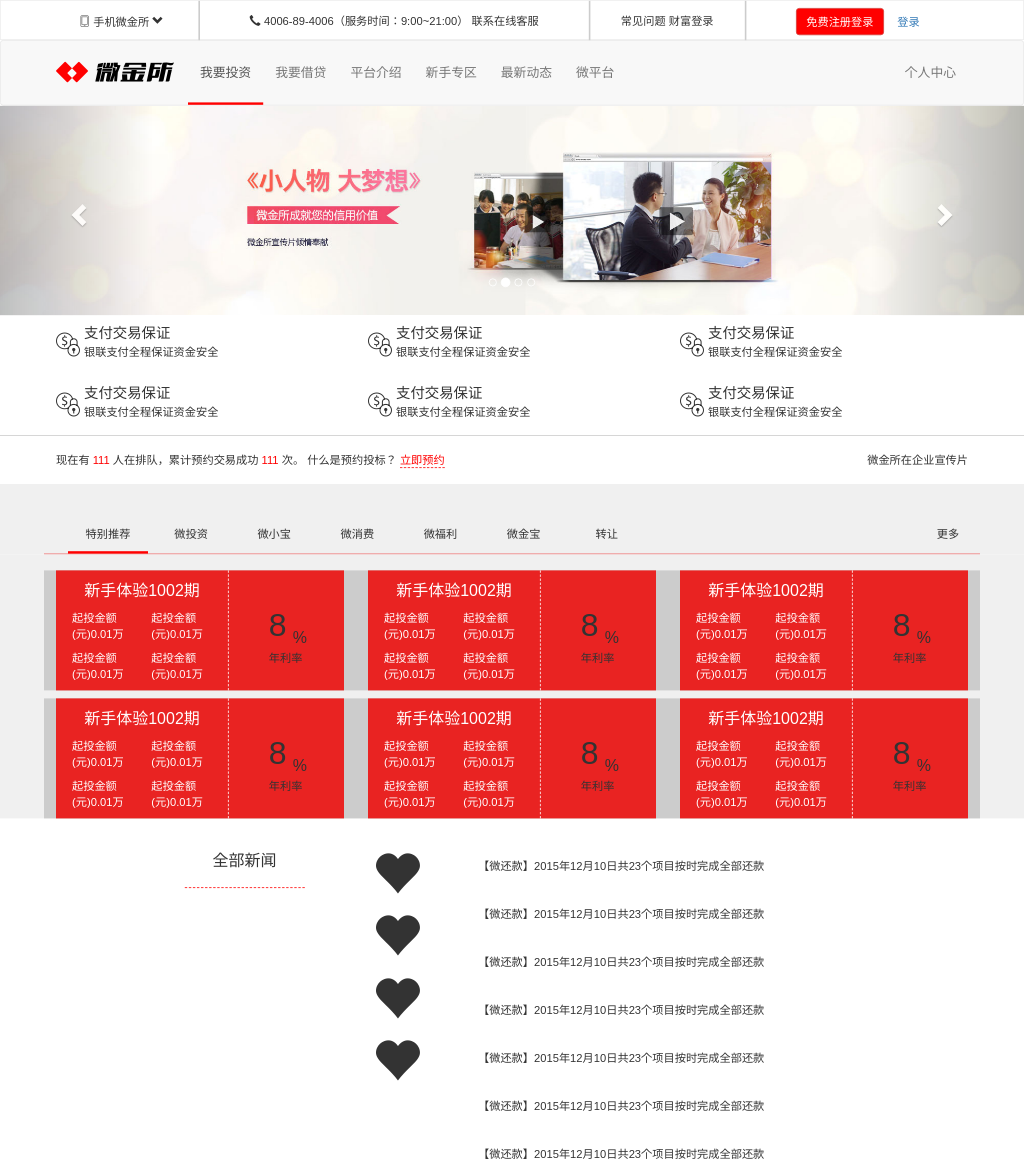
Repository: pwy114pwy/project_02
Page: 菜单.html
The author's editor kept a copy of each file at every save. The page is drawn from the files as they stood at one save, then again after a run of saves.
The browser window is 1280 px wide. The pictures show the whole page, at 80% of full size.
The style sheet was rebuilt from its Sass, Less or Tailwind sources for each picture, by a compiler version that may differ from the author's.

Above is the page before, as saved 2022-11-23 18:09:43.

### 菜单.html
<!DOCTYPE html>
<html lang="en">

<head>
    <!-- 页面的编码格式 -->
    <meta charset="UTF-8">
    <!-- 为了使IE浏览器以最新浏览器edge来渲染页面 -->
    <meta http-equiv="X-UA-Compatible" content="IE=edge">
    <!-- 视口vp，针对于移动端 -->
    <meta name="viewport" content="width=device-width, initial-scale=1.0">
    <!-- 引入Bootstrap框架的CSS样式 -->
    <link rel="stylesheet" href="./lib/bootstrap/css/bootstrap.css">
    <link rel="stylesheet" href="./css/base.css">
    <link rel="stylesheet" href="./css/01.css">
    <title>Document</title>
</head>

<body>
    <header class="wjs-top hidden-xs hidden-sm">
        <div class="container">
            <div class="row">
                <div class="col-md-2">
                    <a href="">
                        <span class="wjs_icon wjs_icon_phone"></span>
                        <span>手机微金所</span>
                        <span class="glyphicon glyphicon-chevron-down"></span>
                        <img src="./images/code.jpg" alt="">
                    </a>
                </div>
                <div class="col-md-5">
                    <span class="glyphicon glyphicon-earphone"></span>
                    <span>4006-89-4006（服务时间：9:00~21:00） 联系在线客服</span>
                </div>
                <div class="col-md-2">
                    <a href="">常见问题</a>
                    <a href="">财富登录</a>
                </div>
                <div class="col-md-3">
                    <button type="button" class="btn btn-danger">免费注册登录</button>


                    <button type="button" class="btn btn-link">登录</button>
                </div>
            </div>
        </div>
    </header>


    <nav class="navbar navbar-default wjs-navbar">
        <div class="container">
            <!-- Brand and toggle get grouped for better mobile display -->
            <div class="navbar-header">
                <button type="button" class="navbar-toggle collapsed" data-toggle="collapse"
                    data-target="#bs-example-navbar-collapse-1" aria-expanded="false">
                    <span class="sr-only">Toggle navigation</span>
                    <span class="icon-bar"></span>
                    <span class="icon-bar"></span>
                    <span class="icon-bar"></span>
                </button>
                <a class="navbar-brand" href="#">
                    <span class="wjs_icon wjs_icon_logo"></span>
                    <span class="wjs_icon wjs_icon_text"></span>
                </a>
            </div>

            <!-- Collect the nav links, forms, and other content for toggling -->
            <div class="collapse navbar-collapse" id="bs-example-navbar-collapse-1">
                <ul class="nav navbar-nav wjs-navbar-nav">
                    <li class="active"><a href="#">我要投资 <span class="sr-only">(current)</span></a></li>
                    <li><a href="#">我要借贷</a></li>
                    <li><a href="#">平台介绍</a></li>
                    <li><a href="#">新手专区</a></li>
                    <li><a href="#">最新动态</a></li>
                    <li><a href="#">微平台</a></li>

                </ul>

                <ul class="nav navbar-nav navbar-right">
                    <li><a href="#">个人中心</a></li>

                </ul>
            </div><!-- /.navbar-collapse -->
        </div><!-- /.container-fluid -->
    </nav>

    <div class="lunbo visible-md visible-lg">
        <div id="carousel-example-generic" class="carousel slide" data-ride="carousel">
            <!-- Indicators -->
            <ol class="carousel-indicators">
              <li data-target="#carousel-example-generic" data-slide-to="0" class="active"></li>
              <li data-target="#carousel-example-generic" data-slide-to="1"></li>
              <li data-target="#carousel-example-generic" data-slide-to="2"></li>
              <li data-target="#carousel-example-generic" data-slide-to="3"></li>
            </ol>

            <!-- Wrapper for slides -->
            <div class="carousel-inner" role="listbox">
              <div class="item active">
                <img src="./images/slide_01_2000x410.jpg" alt="...">
                <div class="carousel-caption">

                </div>
              </div>
              <div class="item">
                <img src="./images/slide_02_2000x410.jpg" alt="...">
                <div class="carousel-caption">

                </div>
              </div>
              <div class="item">
                <img src="./images/slide_03_2000x410.jpg" alt="...">
                <div class="carousel-caption">

                </div>
              </div>
              <div class="item">
                <img src="./images/slide_04_2000x410.jpg" alt="...">
                <div class="carousel-caption">

                </div>
              </div>

            </div>

            <!-- Controls -->
            <a class="left carousel-control" href="#carousel-example-generic" role="button" data-slide="prev">
              <span class="glyphicon glyphicon-chevron-left" aria-hidden="true"></span>
              <span class="sr-only">Previous</span>
            </a>
            <a class="right carousel-control" href="#carousel-example-generic" role="button" data-slide="next">
              <span class="glyphicon glyphicon-chevron-right" aria-hidden="true"></span>
              <span class="sr-only">Next</span>
            </a>
          </div>
    </div>

    <div class="baozhang">
        <div class="container">
            <div class="row">
                <div class="col-sm-6 col-md-4">
                    <span class="wjs_icon wjs_icon_E900"></span>
                    <div class="right">
                        <a href="">支付交易保证</a>
                        <a href="">银联支付全程保证资金安全</a>
                    </div>
                </div>
                <div class="col-sm-6 col-md-4">
                    <span class="wjs_icon wjs_icon_E900"></span>
                    <div class="right">
                        <a href="">支付交易保证</a>
                        <a href="">银联支付全程保证资金安全</a>
                    </div>
                </div>
                <div class="col-sm-6 col-md-4">
                    <span class="wjs_icon wjs_icon_E900"></span>
                    <div class="right">
                        <a href="">支付交易保证</a>
                        <a href="">银联支付全程保证资金安全</a>
                    </div>
                </div>
                <div class="col-sm-6 col-md-4">
                    <span class="wjs_icon wjs_icon_E900"></span>
                    <div class="right">
                        <a href="">支付交易保证</a>
                        <a href="">银联支付全程保证资金安全</a>
                    </div>
                </div>
                <div class="col-sm-6 col-md-4">
                    <span class="wjs_icon wjs_icon_E900"></span>
                    <div class="right">
                        <a href="">支付交易保证</a>
                        <a href="">银联支付全程保证资金安全</a>
                    </div>
                </div>
                <div class="col-sm-6 col-md-4">
                    <span class="wjs_icon wjs_icon_E900"></span>
                    <div class="right">
                        <a href="">支付交易保证</a>
                        <a href="">银联支付全程保证资金安全</a>
                    </div>
                </div>


            </div>

        </div>
    </div>

    <div class="paidui">
        <div class="container">
            <a href="">现在有</a>
            <p>111</p>
            <a href="">人在排队，累计预约交易成功</a>
            <p>111</p>
            <a href="">次。 什么是预约投标？ </a>
            <p class="yuyue">立即预约</p>
            <a href="" class="visible-lg">微金所在企业宣传片</a>
        </div>

    </div>


    <div class="xialiebiao">

        <div class="container">
            <div class="row">
                <div><a href="#">特别推荐 <span class="sr-only">(current)</span></a></div>
                <div><a href="#">微投资</a></div>
                <div><a href="#">微小宝</a></div>
                <div><a href="#">微消费</a></div>
                <div><a href="#">微福利</a></div>
                <div><a href="#">微金宝</a></div>
                <div><a href="#">转让</a></div>
                <div class="hidden-sm hidden-xs hidden-md"><a href="#">更多</a></div>
            </div>

        </div>




    </div>

    <div class="touzi">
        <div class="container">
            <div class="row">
                <div class="col-xs-12 col-sm-6  col-md-4">
                    <div>
                        <div class="left">
                            <div class="top">
                                <a href="">新手体验1002期</a>
                            </div>
                            <div class="bottom">
                                <p>起投金额(元)0.01万</p>
                                <p>起投金额(元)0.01万</p>
                                <p>起投金额(元)0.01万</p>
                                <p>起投金额(元)0.01万</p>
                            </div>
                        </div>
                        <div class="right">

                                <a href="">8</a>
                                <a href="">%</a>
                                <a href="">年利率</a>
                        </div>
                    </div>
                </div>

                <div class="col-xs-12 col-sm-6  col-md-4">
                    <div>
                        <div class="left">
                            <div class="top">
                                <a href="">新手体验1002期</a>
                            </div>
                            <div class="bottom">
                                <p>起投金额(元)0.01万</p>
                                <p>起投金额(元)0.01万</p>
                                <p>起投金额(元)0.01万</p>
                                <p>起投金额(元)0.01万</p>
                            </div>
                        </div>
                        <div class="right">

                                <a href="">8</a>
                                <a href="">%</a>
                                <a href="">年利率</a>
                        </div>
                    </div>
                </div>

                <div class="col-xs-12 col-sm-6  col-md-4">
                    <div>
                        <div class="left">
                            <div class="top">
                                <a href="">新手体验1002期</a>
                            </div>
                            <div class="bottom">
                                <p>起投金额(元)0.01万</p>
                                <p>起投金额(元)0.01万</p>
                                <p>起投金额(元)0.01万</p>
                                <p>起投金额(元)0.01万</p>
                            </div>
                        </div>
                        <div class="right">

                                <a href="">8</a>
                                <a href="">%</a>
                                <a href="">年利率</a>
                        </div>
                    </div>
                </div>

                <div class="col-xs-12 col-sm-6  col-md-4">
                    <div>
                        <div class="left">
                            <div class="top">
                                <a href="">新手体验1002期</a>
                            </div>
                            <div class="bottom">
                                <p>起投金额(元)0.01万</p>
                                <p>起投金额(元)0.01万</p>
                                <p>起投金额(元)0.01万</p>
                                <p>起投金额(元)0.01万</p>
                            </div>
                        </div>
                        <div class="right">

                                <a href="">8</a>
                                <a href="">%</a>
                                <a href="">年利率</a>
                        </div>
                    </div>
                </div>

                <div class="col-xs-12 col-sm-6  col-md-4">
                    <div>
                        <div class="left">
                            <div class="top">
                                <a href="">新手体验1002期</a>
                            </div>
                            <div class="bottom">
                                <p>起投金额(元)0.01万</p>
                                <p>起投金额(元)0.01万</p>
                                <p>起投金额(元)0.01万</p>
                                <p>起投金额(元)0.01万</p>
                            </div>
                        </div>
                        <div class="right">

                                <a href="">8</a>
                                <a href="">%</a>
                                <a href="">年利率</a>
                        </div>
                    </div>
                </div>

                <div class="col-xs-12 col-sm-6  col-md-4">
                    <div>
                        <div class="left">
                            <div class="top">
                                <a href="">新手体验1002期</a>
                            </div>
                            <div class="bottom">
                                <p>起投金额(元)0.01万</p>
                                <p>起投金额(元)0.01万</p>
                                <p>起投金额(元)0.01万</p>
                                <p>起投金额(元)0.01万</p>
                            </div>
                        </div>
                        <div class="right">

                                <a href="">8</a>
                                <a href="">%</a>
                                <a href="">年利率</a>
                        </div>
                    </div>
                </div>

            </div>
        </div>
    </div>

    <div class="news">
        <div class="container">
            <div class="row">
                <div class="col-lg-4 col-push-3">
                    <a href="">全部新闻</a>
                </div>

                <div class="col-lg-1">
                    <ul>
                        <li class="glyphicon glyphicon-heart"></li>
                        <li class="glyphicon glyphicon-heart"></li>
                        <li class="glyphicon glyphicon-heart"></li>
                        <li class="glyphicon glyphicon-heart"></li>

                    </ul>
                </div>
                <div class="col-lg-7">
                    <div>
                        <ul>
                            <li><a href="">【微还款】2015年12月10日共23个项目按时完成全部还款</a></li>
                            <li><a href="">【微还款】2015年12月10日共23个项目按时完成全部还款</a></li>
                            <li><a href="">【微还款】2015年12月10日共23个项目按时完成全部还款</a></li>
                            <li><a href="">【微还款】2015年12月10日共23个项目按时完成全部还款</a></li>
                            <li><a href="">【微还款】2015年12月10日共23个项目按时完成全部还款</a></li>
                            <li><a href="">【微还款】2015年12月10日共23个项目按时完成全部还款</a></li>
                            <li><a href="">【微还款】2015年12月10日共23个项目按时完成全部还款</a></li>

                        </ul>
                    </div>
                </div>
            </div>
        </div>
    </div>


    <script src="./lib/jquery/jquery.js"></script>
    <script src="./lib/bootstrap/js/bootstrap.js"></script>
</body>

</html>

### css/01.less
.wjs-top {
    line-height: 50px;
    height: 50px;
    border: 1px solid #eee;

    .row {
        >div {
            text-align: center;
            height: 50px;

            &:nth-child(-n+3) {
                border-right: 2px solid #ccc;
            }

            a {
                position: relative;
                display: block;

                &:hover {
                    img {
                        z-index: 999;
                        display: block;
                    }
                }

                img {
                    display: none;
                    position: absolute;
                    top: 50px;
                    left: 26px;
                    border: 1px solid #ccc;
                    border-top: 0;
                }

            }

            &:nth-child(3) {
                a {
                    display: inline;
                }
            }

            &:nth-child(4) {
                button {
                    &:nth-child(1) {
                        background-color: red;
                    }
                }
            }

        }

    }
}

.wjs-navbar {
    margin-bottom: 0;
    .wjs-navbar-nav {
        a {
            height: 80px;
            line-height: 50px;
            font-size: 16px;

            &:hover {
                border-bottom: 3px solid red;
            }
        }

        .active {
            a {
                border-bottom: 3px solid red;
                background-color: transparent;

                &:hover {
                    background-color: transparent;

                }
            }
        }
    }

    .navbar-header {
        button {
            margin-top: 24px;
        }
    }

    .navbar-right {
        li {
            a {
                height: 80px;
                line-height: 50px;
                font-size: 16px;

                &:hover {
                    border-bottom: 3px solid red;
                }
            }
        }
    }

    .navbar-brand {
        span {
            height: 80px;
            line-height: 50px;
            font-size: 40px;

            &:nth-child(1) {
                color: red;
            }

            &:nth-child(2) {
                color: black;
            }
        }
    }
}


.baozhang {
    border-bottom: 1px solid #ccc;
    // position: relative;
    // height: 150px;
    // background-color: aqua;
    .row {
        div {
            // width: 390px;
            height: 75px;

            // background-color: rgb(180, 73, 73);

            span {
                line-height: 75px;
                display: inline-block;
                font-size: 30px;
            }

            .right {
                // width: 300px;
                position: absolute;
                top: 10px;
                left: 50px;
                height: 50px;

                // background-color: antiquewhite;
                a:nth-child(1) {
                    font-size: 18px;
                    display: block;
                    // background-color: aqua;
                }
            }
        }
    }
}

.paidui {
    position: relative;
    // display: flex;
    // top: 20px;

    // height: 60px;
    // background-color: blueviolet;
    a{
        height: 60px;
        line-height: 60px;
    }
    a:last-child {

        float: right;
    }

    p {
        height: 20px;
        line-height: 35 px;
        display: inline-block;
        color: red;
    }
    .yuyue{
        border-bottom: 1px dashed red;
    }
}

.xialiebiao {
    .container{
        border-bottom: 1px solid rgb(237, 73, 73);
    }
    background-color: #f0f0f0;
    // height: 90px;
    padding-top: 40px;
    .row{
        position: relative;
        left: 30px;
        div{
            text-align: center;
            display: inline-block;
            width: 100px;
            height: 47px;
            line-height: 47px;
            // background-color: antiquewhite;
            &:first-child{
                border-bottom: 3px solid red;
            }
            &:last-child{
                position: absolute;
                left: 1050px;
            }
            &:hover{
                border-bottom: 3px solid red;

            }
        }
    }
}
.touzi{

    background-color: #f0f0f0;

    .row{
        padding-top: 10px;
        >div{
            margin-top: 10px;
            position: relative;
            display: inline-block;
            // width: 390px;
            height: 150px;
            // border: 1px solid red;
            background-color: #ccc;
            >div{
                // width: 360px;
                height: 150px;
                display: flex;
                background-color: #e92322;
                .left{

                    width: 60%;
                    height: 150px;
                    border-right: 1px dashed white;

                    .top{
                        text-align: center;
                        height: 50px;
                        line-height: 50px;
                        a{
                            color: white;
                            font-size: 20px;
                        }
                        // background-color: azure;
                    }
                    .bottom{
                        // display: flex;
                        p{

                            margin-left: 20px;
                            // float: left;
                            // flex-wrap: wrap;
                            width: 35%;
                            height: 40px;
                            // background-color: #ccc;
                            display: inline-block;
                            // display: flex;
                            color: white;

                        }
                    }
                }
                .right{
                    position: relative;
                    width: 40%;
                    height: 150px;

                    a{
                        position: absolute;
                        display: inline-block;
                        &:first-child{
                            top: 40px;
                            left: 50px;
                            font-size: 40px;
                            // background-color: #e92322;
                        }
                        &:nth-child(2){
                            font-size: 20px;
                            top: 70px;
                            left: 80px;
                            // background-color: azure;
                        }
                        &:last-child{
                            top: 100px;
                            left:50px;
                        }
                    }

                }
            }
        }
    }
}
.news{
    margin-top: 20px;
    height: 320px;
    .row{
        div:nth-child(1){

            height: 66.7px;
            // background-color: #e92322;
           > a{  text-align: center;
                width: 150px;
                font-size: 20px;
                position: absolute;
                left: 45%;
                line-height: 66px;
                border-bottom: 1px dashed red;
            }
        }
        div:nth-child(2){

            // background-color: #22e961;
            ul{
                margin-left: -55px;
                display: flex;
                flex-wrap: wrap;
            }
            li{
                // float: left;
                // border-radius: 50%;
                margin-left: 20px;
                margin-top: 18px;
                list-style: none;
                width: 60px;
                height: 60px;
                // background-color: #e92322;
                font-size: 60px;
                &:hover{
                    background-color: #eee;
                }
            }
        }
        div:nth-child(3){
            height: 320px;
            // background-color: #2233e9;
            div{
                li{
                    margin-top: 20px;
                    list-style: none;
                    height: 40px;
                    // background-color: #e92322;
                    a{
                        line-height: 40px;
                        // display: inline-block;
                    }
                }
            }
        }
    }
}

Loaded but not shown: lib/bootstrap/css/bootstrap.css (library); lib/jquery/jquery.js (library); lib/bootstrap/js/bootstrap.js (library); css/base.css (120 lines, source omitted)

After the next 5 saves:
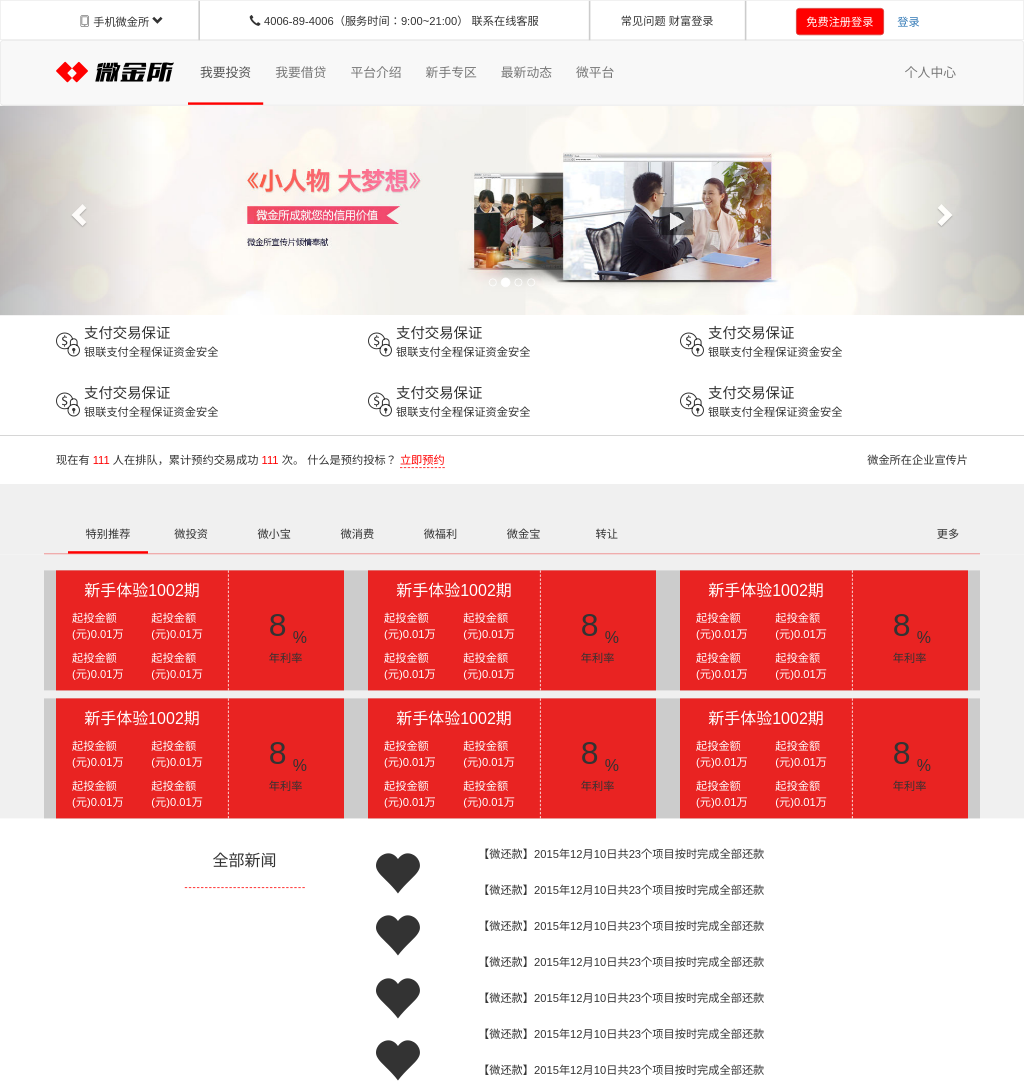
The 5 saves are shown as one change because they came seconds apart.
The last was saved 17 s later.
--- a/css/01.less
+++ b/css/01.less
@@ -339,7 +339,7 @@
             // background-color: #2233e9;
             div{
                 li{
-                    margin-top: 20px;
+                    margin-top: 5px;
                     list-style: none;
                     height: 40px;
                     // background-color: #e92322;
